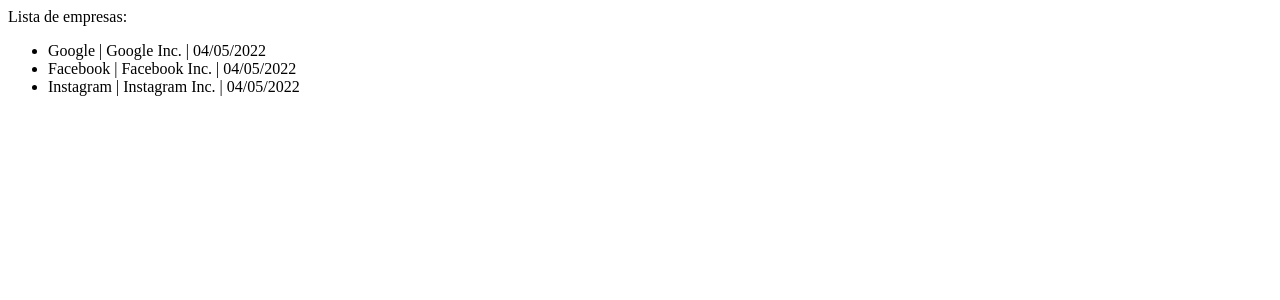
Repository: wwilsoncp/alura-java
Page: http://localhost/gerenciador/listaEmpresas
The author's editor kept a copy of each file at every save. The page is drawn from the files as they stood at one save, then again after the next save.
The browser window is 1280 px wide. The pictures show the whole page.
The page is served by Tomcat 9. Other server files are loaded and not shown.

Above is the page before, as saved 2022-05-20 00:12:56.

### gerenciador/WebContent/listaEmpresas.jsp
<%@ page language="java" contentType="text/html; charset=ISO-8859-1"
    pageEncoding="ISO-8859-1"%>
<%@ page import="java.util.List, br.com.alura.gerenciador.servlet.Empresa" %>
<%@ taglib uri="http://java.sun.com/jsp/jstl/core" prefix="c" %>
<%@ taglib uri="http://java.sun.com/jsp/jstl/fmt" prefix="fmt" %>

<c:url value="/novaEmpresa" var="linkServeletNovaEmpresa"/>

<!DOCTYPE html>
<html>
<head>
<meta charset="ISO-8859-1">
<title>Insert title here</title>
</head>
<body>
	Lista de empresas:
	<br/>
	<ul>
	  <c:forEach items="${empresas}" var="empresa">
	  	<li> ${empresa.nome} | ${empresa.razaoSocial} | <fmt:formatDate value="${empresa.dataAbertura}" pattern="dd/MM/yyyy"/> </li>
	  </c:forEach>
	</ul>
</body>
</html>

### gerenciador/src/br/com/alura/gerenciador/servlet/ListaEmpresasServlet.java
package br.com.alura.gerenciador.servlet;

import java.io.IOException;
import java.util.List;

import javax.servlet.RequestDispatcher;
import javax.servlet.ServletException;
import javax.servlet.annotation.WebServlet;
import javax.servlet.http.HttpServlet;
import javax.servlet.http.HttpServletRequest;
import javax.servlet.http.HttpServletResponse;

/**
 * Servlet implementation class ListaEmpresasServlet
 */
@WebServlet("/listaEmpresas")
public class ListaEmpresasServlet extends HttpServlet {
	private static final long serialVersionUID = 1L;

	protected void service(HttpServletRequest request, HttpServletResponse response) throws ServletException, IOException {
		Banco banco = new Banco();
		List<Empresa> lista = banco.getEmpresas();
		request.setAttribute("empresas", lista);

		// chamar a página jsp que irá exibir para o usuário
		RequestDispatcher rd = request.getRequestDispatcher("/listaEmpresas.jsp");
		rd.forward(request, response);

	}

}

### gerenciador/src/br/com/alura/gerenciador/servlet/Banco.java
package br.com.alura.gerenciador.servlet;

import java.util.ArrayList;
import java.util.Date;
import java.util.List;

public class Banco {

	private static List<Empresa> lista = new ArrayList<Empresa>();

	// bloco estático, são executados quando a máquina virtual carrega a classe
	static {
		Empresa empresa = new Empresa("Google", "Google Inc.", new Date());
		Empresa empresa2 = new Empresa("Facebook", "Facebook Inc.", new Date());
		Empresa empresa3 = new Empresa("Instagram", "Instagram Inc.", new Date());
		Banco.lista.add(empresa);
		Banco.lista.add(empresa2);
		Banco.lista.add(empresa3);
	}

	public void adiciona(Empresa empresa) {
		Banco.lista.add(empresa);
		//
	}

	public List<Empresa> getEmpresas() {
		return Banco.lista;
	}

}

### gerenciador/src/br/com/alura/gerenciador/servlet/Empresa.java
package br.com.alura.gerenciador.servlet;

import java.util.Date;

public class Empresa {

	private Integer id;
	private String nome;
	private String razaoSocial;
	private Date dataAbertura;

	public Date getDataAbertura() {
		return dataAbertura;
	}

	public void setDataAbertura(Date dataAbertura) {
		this.dataAbertura = dataAbertura;
	}

	public Empresa(String nome, String razaoSocial, Date dataAbertura) {
		this.setNome(nome);
		this.setRazaoSocial(razaoSocial);
		this.dataAbertura = dataAbertura;
	}

	public String getRazaoSocial() {
		return razaoSocial;
	}
	public void setRazaoSocial(String razaoSocial) {
		this.razaoSocial = razaoSocial;
	}
	public Integer getId() {
		return id;
	}
	public void setId(Integer id) {
		this.id = id;
	}
	public String getNome() {
		return nome;
	}
	public void setNome(String nome) {
		this.nome = nome;
	}

}

After the next save:
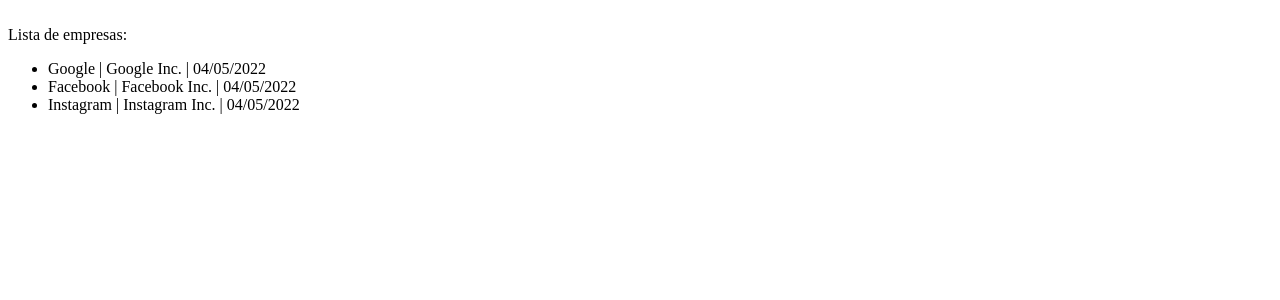
Saved 111 s later.
--- a/gerenciador/WebContent/listaEmpresas.jsp
+++ b/gerenciador/WebContent/listaEmpresas.jsp
@@ -13,6 +13,13 @@
 <title>Insert title here</title>
 </head>
 <body>
+	<c:if test="${not empty empresa}">
+		Empresa cadastrada com sucesso!
+		<br/>
+	</c:if>
+
+	<br/>
+
 	Lista de empresas:
 	<br/>
 	<ul>
